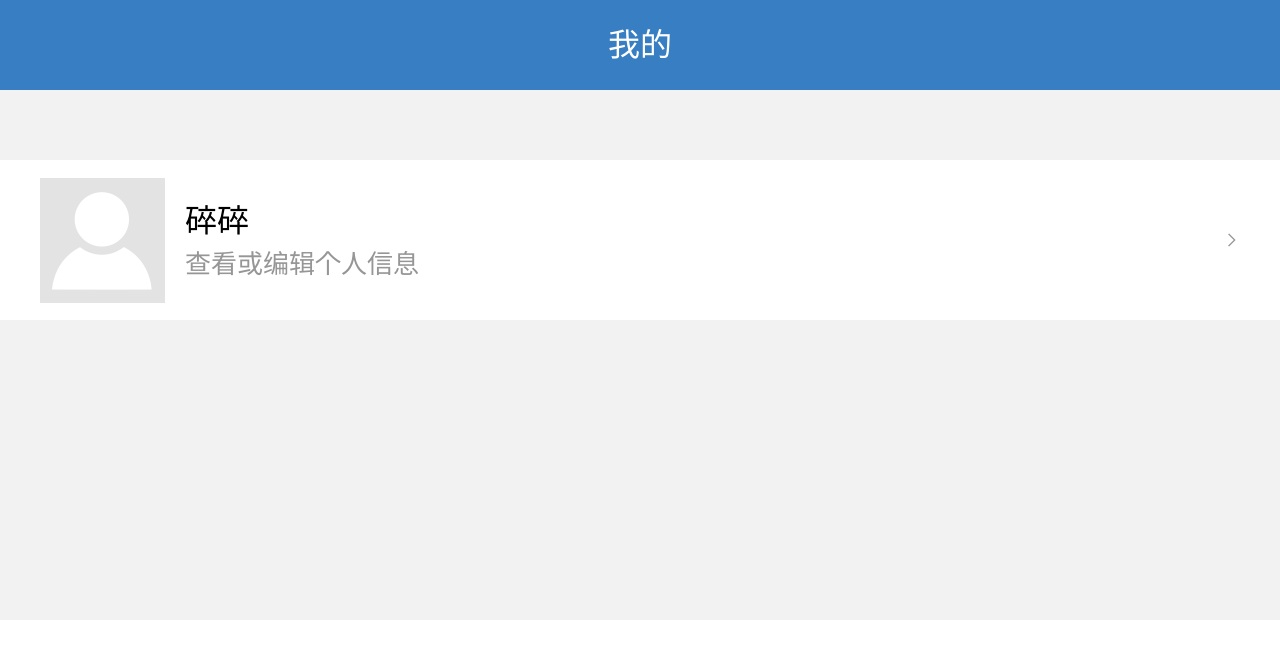
Repository: A1LExX/H5_study_set
Page: myProfile/index.html
An editor plug-in stored every save of this project. The page is shown before and after the next save, followed by the edit.
The browser window is 1280 px wide. The pictures show the whole page.

Above is the page before, as saved 2021-07-12 20:26:01.

### myProfile/index.html
<!--
@author [Alex Wei]
@email [w2262196@outlook.com]
@create date 2021-07-12 18:52:43
@modify date 2021-07-12 20:10:47
@desc [description]
-->
<!DOCTYPE html>
<html lang="en">
<head>
    <meta charset="UTF-8">
    <meta http-equiv="X-UA-Compatible" content="IE=edge">
    <meta name="viewport" content="width=device-width, initial-scale=1.0">
    <!-- 引入重制样式表 -->
    <link rel="stylesheet" href="./css/reset.css">
    <!-- 引入移动端适配js -->
    <script src="./js/rem.js"></script>
    <!-- 引入字体图标样式表 -->
    <link rel="stylesheet" href="./css/iconfont.css">
    <!-- 引入当前页面样式表 -->
    <link rel="stylesheet" href="./css/index.css">
    <title>Document</title>
</head>
<body>
    <!-- 页眉 -->
    <div id="top">我的</div>
    <!-- 中间部分 -->
    <div id="mid">
        <div class="proFile">
            <div class="profileLeft">
                <div class="profileImg">
                    <span class="iconfont icon-icontouxiang"></span>
                </div>
                <div class="profileWord">
                    <span>碎碎</span>
                    <span>查看或编辑个人信息</span>
                </div>
            </div>
            <div class="iconfont icon-arrow-right"></div>
        </div>
        <div class="itemOne"></div>
        <div class="itemTwo"></div>
        <div class="setting"></div>
    </div>
    <!-- 页脚 -->
    <div id="footer"></div>
</body>
</html>

### myProfile/css/reset.css
/**
 * @author [Alex Wei]
 * @email [w2262196@outlook.com]
 * @create date 2021-07-12 19:03:59
 * @modify date 2021-07-12 19:05:27
 * @desc [description]
 */
/*
KISSY CSS Reset
理念：1. reset 的目的不是清除浏览器的默认样式，这仅是部分工作。清除和重置是紧密不可分的。
2. reset 的目的不是让默认样式在所有浏览器下一致，而是减少默认样式有可能带来的问题。
3. reset 期望提供一套普适通用的基础样式。但没有银弹，推荐根据具体需求，裁剪和修改后再使用。
特色：1. 适应中文；2. 基于最新主流浏览器。
维护：玉伯<lifesinger@gmail.com>, 正淳<ragecarrier@gmail.com>
 */

/** 清除内外边距 **/
body, h1, h2, h3, h4, h5, h6, hr, p, blockquote, /* structural elements 结构元素 */
dl, dt, dd, ul, ol, li, /* list elements 列表元素 */
pre, /* text formatting elements 文本格式元素 */
form, fieldset, legend, button, input, textarea, /* form elements 表单元素 */
th, td /* table elements 表格元素 */ {
  margin: 0;
  padding: 0;
}

/** 设置默认字体 **/
body,
button, input, select, textarea /* for ie */ {
  font: 12px/1.5 tahoma, arial, \5b8b\4f53, sans-serif;
}
h1, h2, h3, h4, h5, h6 { font-size: 100%; }
address, cite, dfn, em, var { font-style: normal; } /* 将斜体扶正 */
code, kbd, pre, samp { font-family: courier new, courier, monospace; } /* 统一等宽字体 */
small { font-size: 12px; } /* 小于 12px 的中文很难阅读，让 small 正常化 */

/** 重置列表元素 **/
ul, ol { list-style: none; }

/** 重置文本格式元素 **/
a { text-decoration: none; }
a:hover { text-decoration: underline; }


/** 重置表单元素 **/
legend { color: #000; } /* for ie6 */
fieldset, img { border: 0; } /* img 搭车：让链接里的 img 无边框 */
button, input, select, textarea { font-size: 100%; } /* 使得表单元素在 ie 下能继承字体大小 */
/* 注：optgroup 无法扶正 */

/** 重置表格元素 **/
table { border-collapse: collapse; border-spacing: 0; }

/* 清除浮动 */
.ks-clear:after, .clear:after {
  content: '\20';
  display: block;
  height: 0;
  clear: both;
}

.ks-clear, .clear {
  *zoom: 1;
}

### myProfile/js/rem.js
//designWidth:设计稿的实际宽度值，需要根据实际设置
//maxWidth:制作稿的最大宽度值，需要根据实际设置
//这段js的最后面有两个参数记得要设置，一个为设计稿实际宽度，一个为制作稿最大宽度，例如设计稿为750，最大宽度为750，则为(750,750)
;(function(designWidth, maxWidth) {
	var doc = document,
	win = window,
	docEl = doc.documentElement,
	remStyle = document.createElement("style"),
	tid;

	function refreshRem() {
		var width = docEl.getBoundingClientRect().width;
		maxWidth = maxWidth || 540;
		width>maxWidth && (width=maxWidth);
		//屏幕宽度 * 100 / 设计稿宽度
		var rem = width * 100 / designWidth;
		remStyle.innerHTML = 'html{font-size:' + rem + 'px;}';
	}

	if (docEl.firstElementChild) {
		docEl.firstElementChild.appendChild(remStyle);
	} else {
		var wrap = doc.createElement("div");
		wrap.appendChild(remStyle);
		doc.write(wrap.innerHTML);
		wrap = null;
	}
	//要等 wiewport 设置好后才能执行 refreshRem，不然 refreshRem 会执行2次；
	refreshRem();

	win.addEventListener("resize", function() {
		clearTimeout(tid); //防止执行两次
		tid = setTimeout(refreshRem, 300);
	}, false);

	win.addEventListener("pageshow", function(e) {
		if (e.persisted) { // 浏览器后退的时候重新计算
			clearTimeout(tid);
			tid = setTimeout(refreshRem, 300);
		}
	}, false);

	if (doc.readyState === "complete") {
		doc.body.style.fontSize = "16px";
	} else {
		doc.addEventListener("DOMContentLoaded", function(e) {
			doc.body.style.fontSize = "16px";
		}, false);
	}
})(750, 750);

### myProfile/css/iconfont.css
@font-face {
  font-family: "iconfont"; /* Project id  */
  src: url('../fonts/iconfont.ttf?t=1626088719469') format('truetype');
}

.iconfont {
  font-family: "iconfont" !important;
  font-size: 16px;
  font-style: normal;
  -webkit-font-smoothing: antialiased;
  -moz-osx-font-smoothing: grayscale;
}

.icon-arrow-right:before {
  content: "\e601";
}

.icon-fangzi:before {
  content: "\e614";
}

.icon-fangzi1:before {
  content: "\e6d3";
}

.icon-icontouxiang:before {
  content: "\e622";
}

.icon-quanquanb:before {
  content: "\e6d4";
}

.icon-baobiao:before {
  content: "\e65c";
}

.icon-liuyan:before {
  content: "\e615";
}

.icon-shouye:before {
  content: "\e60b";
}

.icon-baoming:before {
  content: "\e664";
}

.icon-shezhi:before {
  content: "\e63a";
}

.icon-dibudaohanglan-:before {
  content: "\e630";
}

.icon-renyuan:before {
  content: "\e61a";
}

### myProfile/css/index.css
/**
 * @author [Alex Wei]
 * @email [w2262196@outlook.com]
 * @create date 2021-07-12 19:23:21
 * @modify date 2021-07-12 20:26:01
 * @desc [description]
 */
html, body{
    width: 100%;
    height: 100%;
}

body{
    display: flex;
    flex-direction: column;
}

#top{
    height: .9rem;
    background: #387ec2;
    color: white;
    font-size: .32rem;
    line-height: .9rem;
    text-align: center;
}


#mid{
    flex: 1;
    background: #f2f2f2;
    overflow: scroll;
    display: flex;
    flex-direction: column;
}

#mid .profileImg{
    width: 1.25rem;
    height: 1.25rem;
    background: #e3e3e3;
    text-align: center;
    margin-right: .20rem;
}

.proFile{
    display: flex;
    justify-content: space-between;
    align-items: center;
    background: white;
    height: 1.6rem;
}

.icon-icontouxiang{
    font-size: 1rem;
    line-height: 1.25rem;
    /* text-align: center; */
    color: white;
}

.profileLeft{
    display: flex;
    justify-content: space-between;
    align-items: center;
}

.profileWord span:first-child{
    font-size: .32rem;
}

.profileWord span:last-child{
    /* display: inline; */
    display: block;
    font-size: .26rem;
    color: #969696;
}

.icon-arrow-right{
    color: #969696;
}

#mid>div{
    margin-top: .7rem;
}

#mid>div{
    padding-left: .4rem;
    padding-right: .4rem;
}

#itemOne{
    height: 1.9rem;
    background: white;
}

#footer{
    height: 1rem;
}

After the next save:
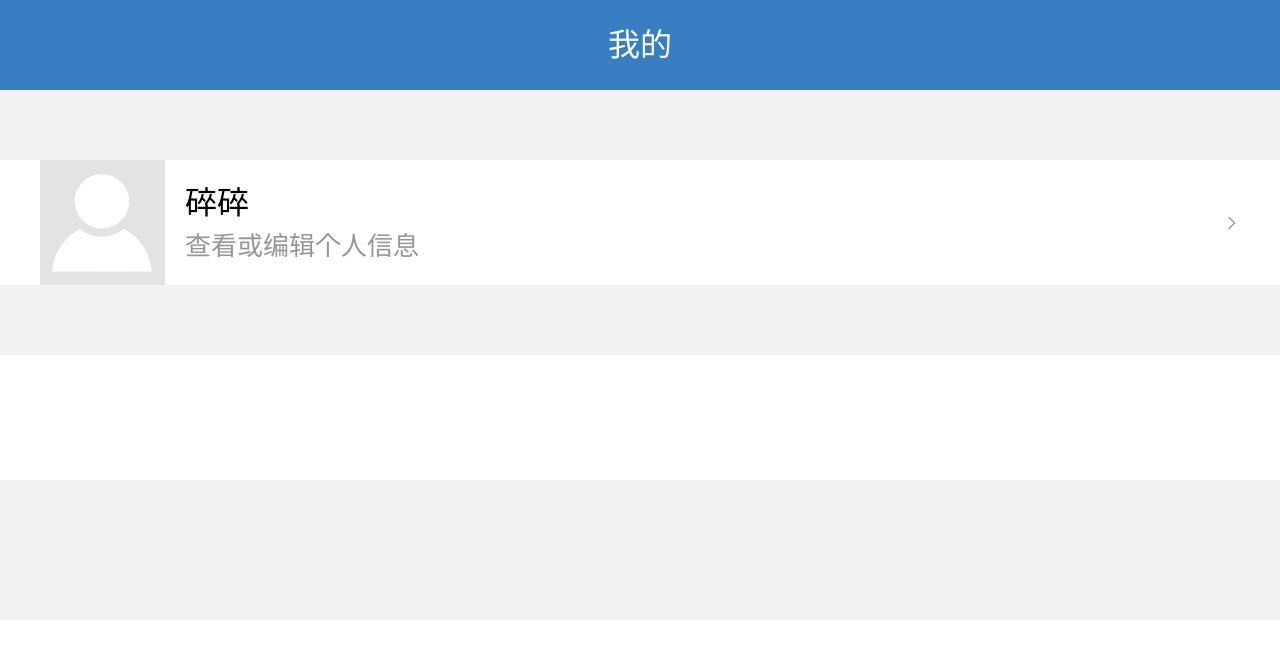
Saved 15 s later.
--- a/myProfile/css/index.css
+++ b/myProfile/css/index.css
@@ -2,7 +2,7 @@
  * @author [Alex Wei]
  * @email [w2262196@outlook.com]
  * @create date 2021-07-12 19:23:21
- * @modify date 2021-07-12 20:26:01
+ * @modify date 2021-07-12 20:26:16
  * @desc [description]
  */
 html, body{
@@ -86,7 +86,7 @@ body{
     padding-right: .4rem;
 }
 
-#itemOne{
+.itemOne{
     height: 1.9rem;
     background: white;
 }
